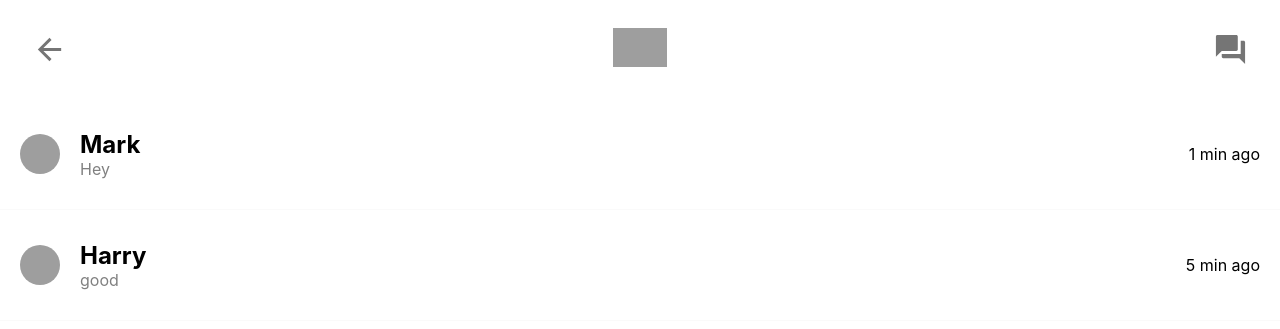
Repository: mminhaz93/React-Tinder-Clone
Page: /chat/Harry
The author's editor kept a copy of each file at every save. The page is drawn from the files as they stood at one save, then again after the next save.
The browser window is 1280 px wide. The pictures show the whole page.
Pictures or frames that could not be fetched are drawn as grey boxes. The page's requests for data from a server got no answer. The project was rebuilt for these pictures with package versions that can differ from the ones it lists, and the page was loaded fresh each time. No one was signed in, and anything a server would have sent is missing. Also part of the build but not shown: src/App.css, src/components/tinderCards/TinderCards.css, src/utils/firebase.js, src/components/tinderCards/TinderCards.js, src/components/swipeButtons/SwipeButtons.css, src/components/swipeButtons/SwipeButtons.js.

Above is the page before, as saved 2020-08-23 20:10:04.

### public/index.html
<!DOCTYPE html>
<html lang="en">
  <head>
    <meta charset="utf-8" />
    <meta name="viewport" content="width=device-width, initial-scale=1" />
    <meta name="theme-color" content="#000000" />
    <meta
      name="description"
      content="Web site created using create-react-app"
    />
    <title>React Tinder App</title>
  </head>
  <body>
    <noscript>You need to enable JavaScript to run this app.</noscript>
    <div id="root"></div>
  </body>
</html>

### src/App.js
import React from "react";
import "./App.css";
import { BrowserRouter as Router, Switch, Route } from "react-router-dom";
import Header from "./components/header/Header";
import TinderCards from "./components/tinderCards/TinderCards";
import Chats from "./components/chats/Chats";
import SwipeButtons from "./components/swipeButtons/SwipeButtons";

function App() {
  return (
    <div className="App">
      <Router>
        <Switch>
          <Route exact path="/">
            <Header />
            <TinderCards />
            <SwipeButtons />
          </Route>
          <Route path="/chat">
            <Header backButton="/" />
            <Chats/>
          </Route>
        </Switch>
      </Router>
    </div>
  );
}

export default App;

### src/components/header/Header.js
import React from "react";
import "./Header.css";
import { Person, Forum, ArrowBack } from "@material-ui/icons";
import { IconButton } from "@material-ui/core";
import { Link, useHistory } from "react-router-dom";

const Header = ({ backButton }) => {
  const history = useHistory();
  return (
    <div className="header">
      {backButton ? (
        <IconButton onClick={() => history.replace(backButton)}>
          <ArrowBack fontSize="large" className="headerIcon" />
        </IconButton>
      ) : (
        <IconButton>
          <Person className="headerIcon" fontSize="large" />
        </IconButton>
      )}
      <Link to="/">
        <img
          className="headerLogo"
          src="https://1000logos.net/wp-content/uploads/2018/07/tinder-logo.png"
          alt="logo"
        />
      </Link>
      <Link to="/chat">
        <IconButton>
          <Forum className="headerIcon" fontSize="large" />
        </IconButton>
      </Link>
    </div>
  );
};

export default Header;

### src/components/chats/Chats.js
import React from "react";
import "./Chats.css";
import Chat from "../chat/Chat";

const Chats = () => {
  return (
    <div className="chats">
      <Chat
        name="Mark"
        message="Hey"
        timestamp="1 min ago"
        profilePic="https://images.pexels.com/photos/1300402/pexels-photo-1300402.jpeg?auto=compress&cs=tinysrgb&dpr=2&w=500"
      />
      <Chat
        name="Harry"
        message="good"
        timestamp="5 min ago"
        profilePic="https://images.pexels.com/photos/1681010/pexels-photo-1681010.jpeg?auto=compress&cs=tinysrgb&dpr=2&w=500"
      />
    </div>
  );
};

export default Chats;

### src/components/header/Header.css
.header {
  display: flex;
  align-items: center;
  justify-content: space-between;
}

.headerLogo {
  height: 40px;
  object-fit: contain;
}

.headerIcon{
    padding: 20px;
}

### src/components/chat/Chat.js
import React from "react";
import "./Chat.css";
import { Avatar } from "@material-ui/core";

const Chat = ({ name, message, timestamp, profilePic }) => {
  return (
    <div className="chat">
      <Avatar className="chatImage" src={profilePic} alt={name} />
      <div className="chatDetails">
        <h2>{name}</h2>
        <p>{message}</p>
      </div>
      <p className="chatTimestamp">{timestamp}</p>
    </div>
  );
};

export default Chat;

### src/components/chat/Chat.css
.chat {
  display: flex;
  align-items: center;
  justify-content: space-between;
  padding: 20px;
  height: 70px;
  border-bottom: 1px solid #fafafa;
}

.chatDetails {
  flex: 1;
}

.chatDetails > p {
  color: gray;
}

.chatImage {
  margin-right: 20px;
}

Loaded but not shown: src/index.js (common file); src/index.css (common file); src/components/chats/Chats.css (no stored copy; drawn as an empty file)

After the next save:
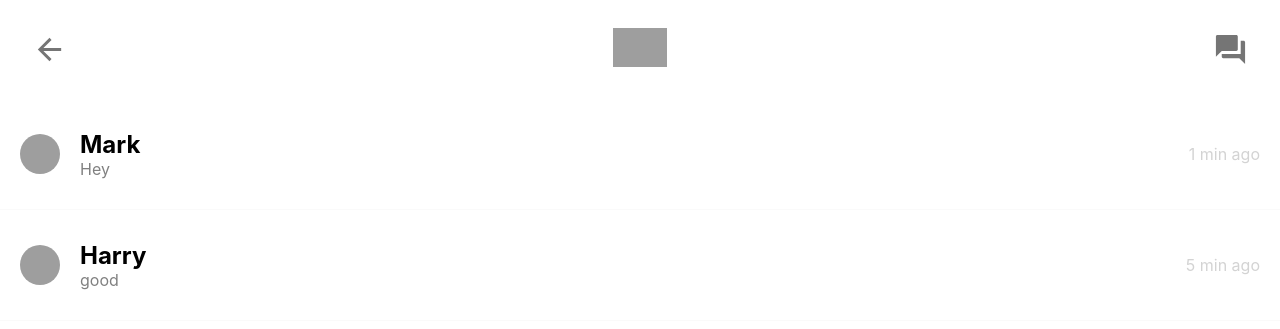
Saved 39 s later.
--- a/src/components/chat/Chat.css
+++ b/src/components/chat/Chat.css
@@ -18,3 +18,7 @@
 .chatImage {
   margin-right: 20px;
 }
+
+.chatTimestamp{
+    color: lightgray;
+}
